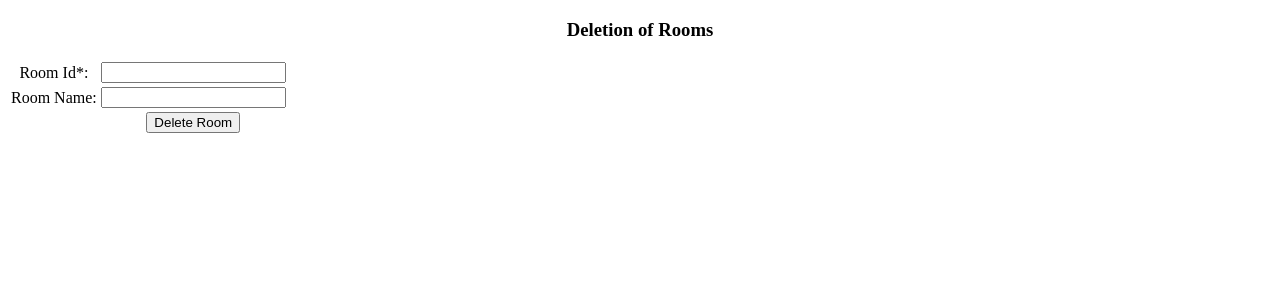
Repository: ManuArugollu1/meetingoraganizer1
Page: http://localhost/Meeting_Organizer/DeleteRoom.jsp
These files come from the project's save history. The page is drawn as it stood at one moment and after the next save; the edit follows.
The browser window is 1280 px wide. The pictures show the whole page.
The page is served by Tomcat 9. Other server files are loaded and not shown.

Above is the page before, as saved 2019-10-01 04:28:56.

### Meeting Organizer/WebContent/DeleteRoom.jsp
<%@ page language="java" contentType="text/html; charset=ISO-8859-1"
    pageEncoding="ISO-8859-1"%>
<!DOCTYPE html>
<html>
<head>
<meta charset="ISO-8859-1">
<title>Insert title here</title>
</head>
<body align = center>
<h3>Deletion of Rooms</h3>
<form action="DeleteRoomServlet" method="post">
<table>
<tr>
<td>Room Id*:</td><td><input type="number" name="roomid"  required /></td>
</tr>
<tr>
<td>Room Name:</td>
<td><input type="text" name="roomname"/></td>
</tr>
<tr>
<td></td>
<td><input type="submit" value="Delete Room"/></td>
</tr>
</table>
</form>
</body>
</html>

After the next save:
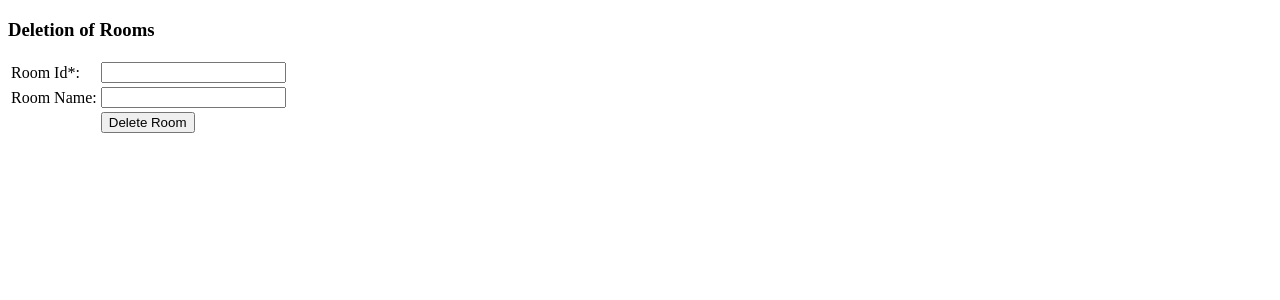
Saved 18 s later.
--- a/Meeting Organizer/WebContent/DeleteRoom.jsp
+++ b/Meeting Organizer/WebContent/DeleteRoom.jsp
@@ -6,7 +6,7 @@
 <meta charset="ISO-8859-1">
 <title>Insert title here</title>
 </head>
-<body align = center>
+<body>
 <h3>Deletion of Rooms</h3>
 <form action="DeleteRoomServlet" method="post">
 <table>
